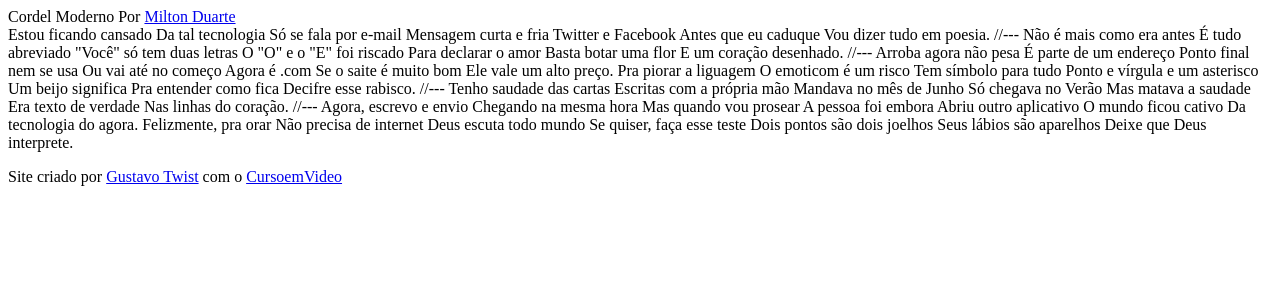
Repository: gustavotwist/projeto-cordel
Page: index.html
An editor plug-in stored every save of this project. The page is shown before and after the next save, followed by the edit.
The browser window is 1280 px wide. The pictures show the whole page.

Above is the page before, as saved 2024-04-15 21:28:55.

After the next save:
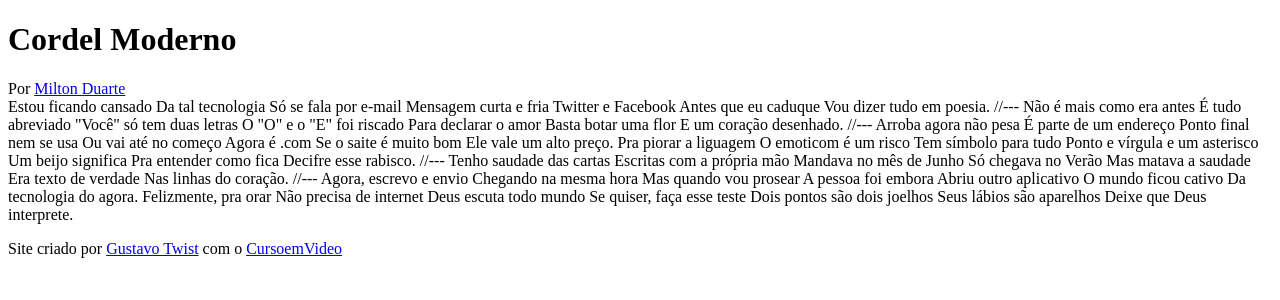
Saved 7 s later.
--- a/index.html
+++ b/index.html
@@ -7,7 +7,7 @@
 </head>
 <body>
     <header>
-        <h>Cordel Moderno</h>
+        <h1>Cordel Moderno</h1>
         Por <a href="https://www.recantodasletras.com.br/poesias/3186743" target="_blank">Milton Duarte</a>
     </header>
 
